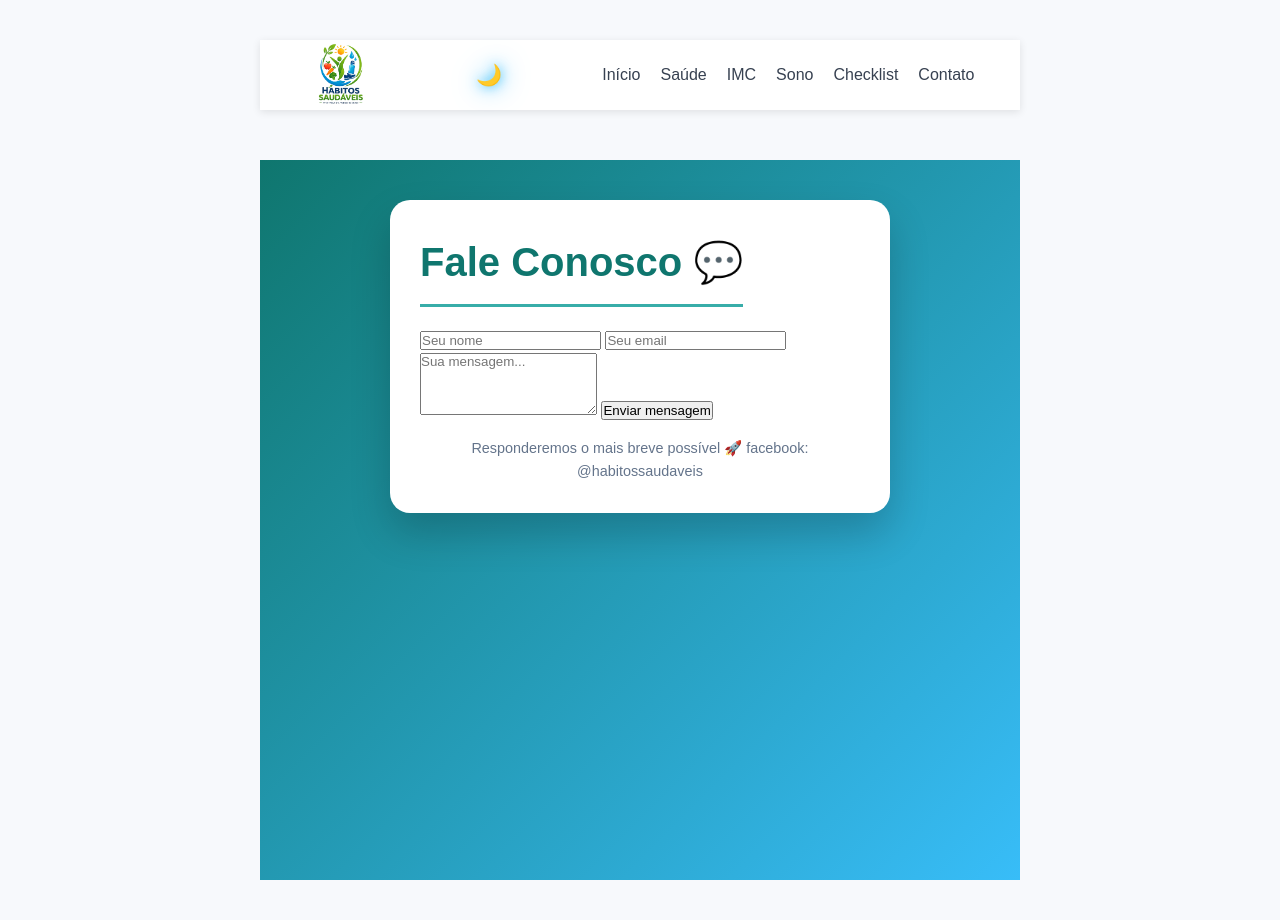
Repository: habitos2026/projetointegrador2026
Page: contato.html
An editor plug-in stored every save of this project. The page is shown before and after a run of saves, followed by the edit.
The browser window is 1280 px wide. The pictures show the whole page.

Above is the page before, as saved 2026-06-10 22:27:46.

After the next 3 saves:
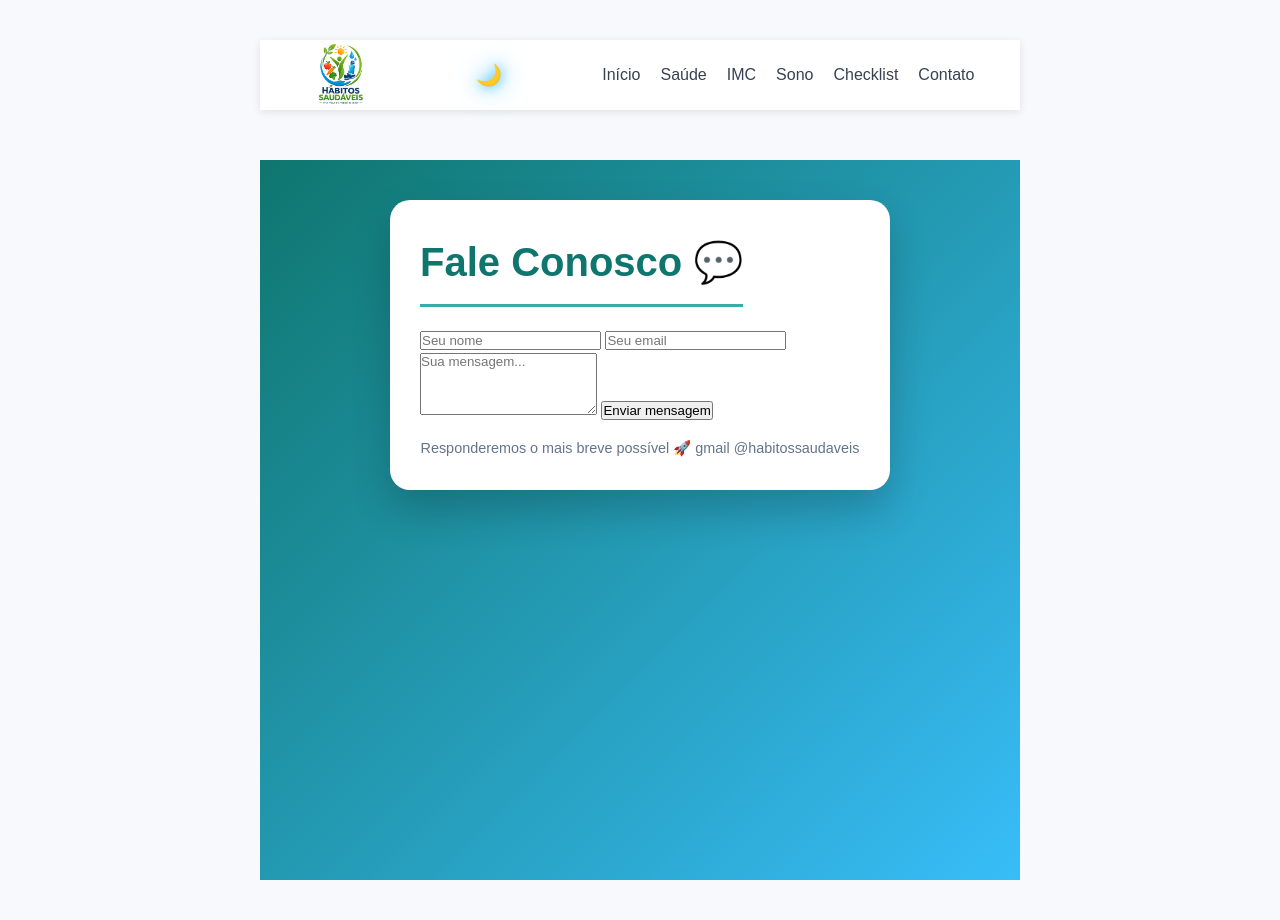
The 3 saves are shown as one change because they came seconds apart.
The last was saved 8 s later.
--- a/contato.html
+++ b/contato.html
@@ -174,7 +174,7 @@
 
         <div class="info">
             Responderemos o mais breve possível 🚀
-                    facebook: @habitossaudaveis
+                    gmail @habitossaudaveis
         </div>
     </div>
 
